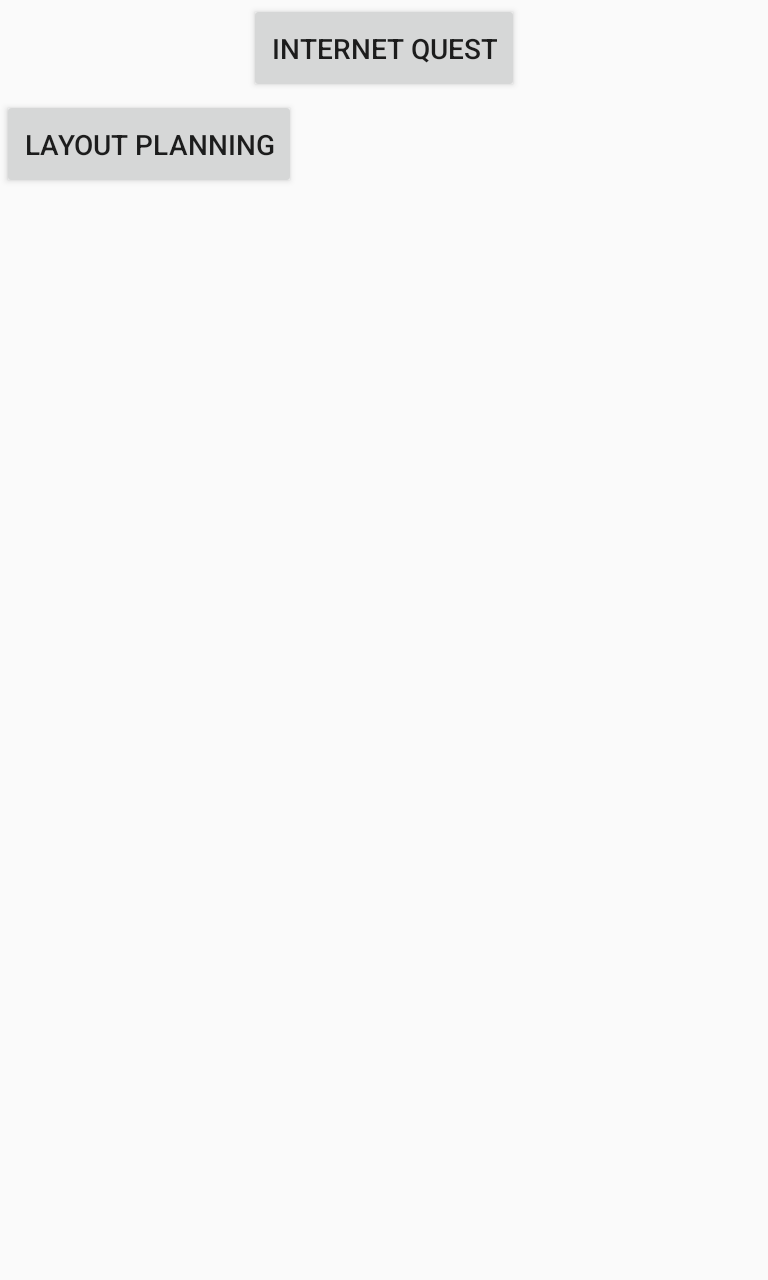
Repository: Attaphon1996/Engineering-Stuff
Layout: OSource/Android Play/Android_Projects/YASH15.0/res/layout/day1_technical.xml
These files come from the project's save history. The layout is drawn as it stood at one moment and after the next save; the edit follows.
It is drawn on a 768 x 1280 px phone screen (xhdpi) without system bars, with theme AppTheme; the app's code is not run.

Above is the layout before, as saved 2015-02-08 13:54:55.

After the next save:
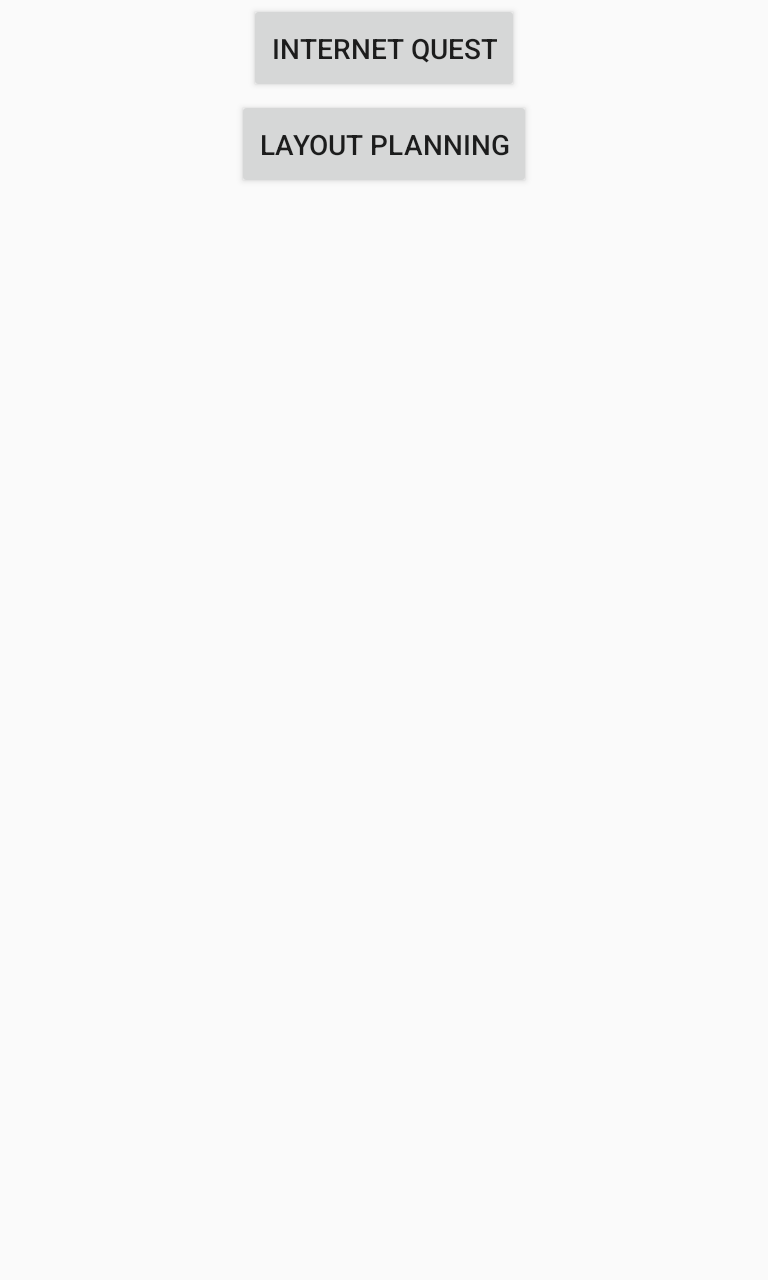
Saved 14 s later.
--- a/OSource/Android Play/Android_Projects/YASH15.0/res/layout/day1_technical.xml
+++ b/OSource/Android Play/Android_Projects/YASH15.0/res/layout/day1_technical.xml
@@ -15,6 +15,7 @@
         android:id="@+id/layout_planning"
         android:layout_width="wrap_content"
         android:layout_height="wrap_content"
-        android:text="@string/layout" />
+        android:text="@string/layout"
+        android:layout_gravity="center" />
 
 </LinearLayout>
